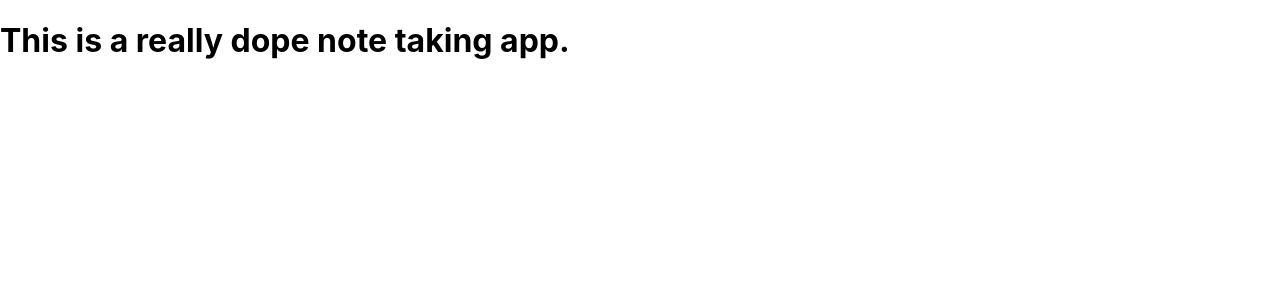
Repository: mergemaven11/Crud_Nextjs
Page: /
The author's editor kept a copy of each file at every save. The page is drawn from the files as they stood at one save, then again after a run of saves.
The browser window is 1280 px wide. The pictures show the whole page.
The project was rebuilt for these pictures with package versions that can differ from the ones it lists, and the page was loaded fresh each time. The framework's server and built-in components were replaced by stand-ins that run in the browser.

Above is the page before, as saved 2020-10-22 18:47:34.

After the next 4 saves:
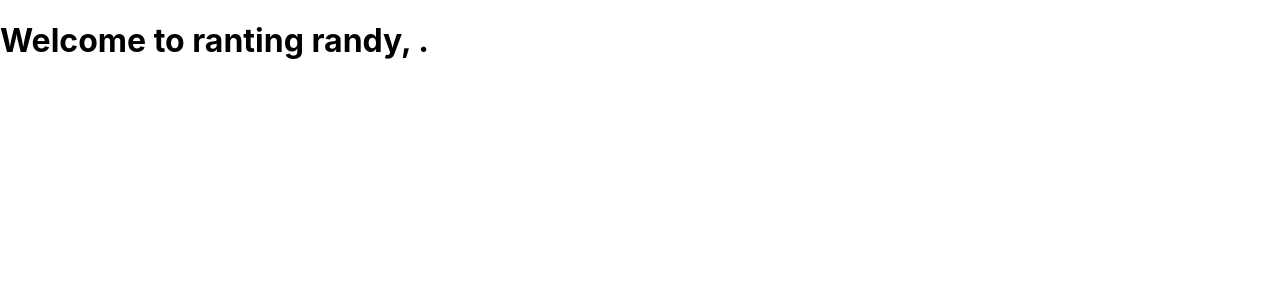
The 4 saves are shown as one change because they came seconds apart.
The last was saved 17 s later.
--- a/pages/index.jsx
+++ b/pages/index.jsx
@@ -6,7 +6,7 @@ import Link from 'next/link'
 export default () => (
   <div sx={{ height: `calc(100vh - 60px)`}}>
     <div sx={{variant: 'containers.page', display: 'flex', alignItems: 'center', height: '100%'}}>
-      <h1 sx={{fontSize: 8, my: 0}}>This is a really dope note taking app.</h1>
+      <h1 sx={{fontSize: 8, my: 0}}>Welcome to ranting randy, .</h1>
     </div>
   </div>
 )
